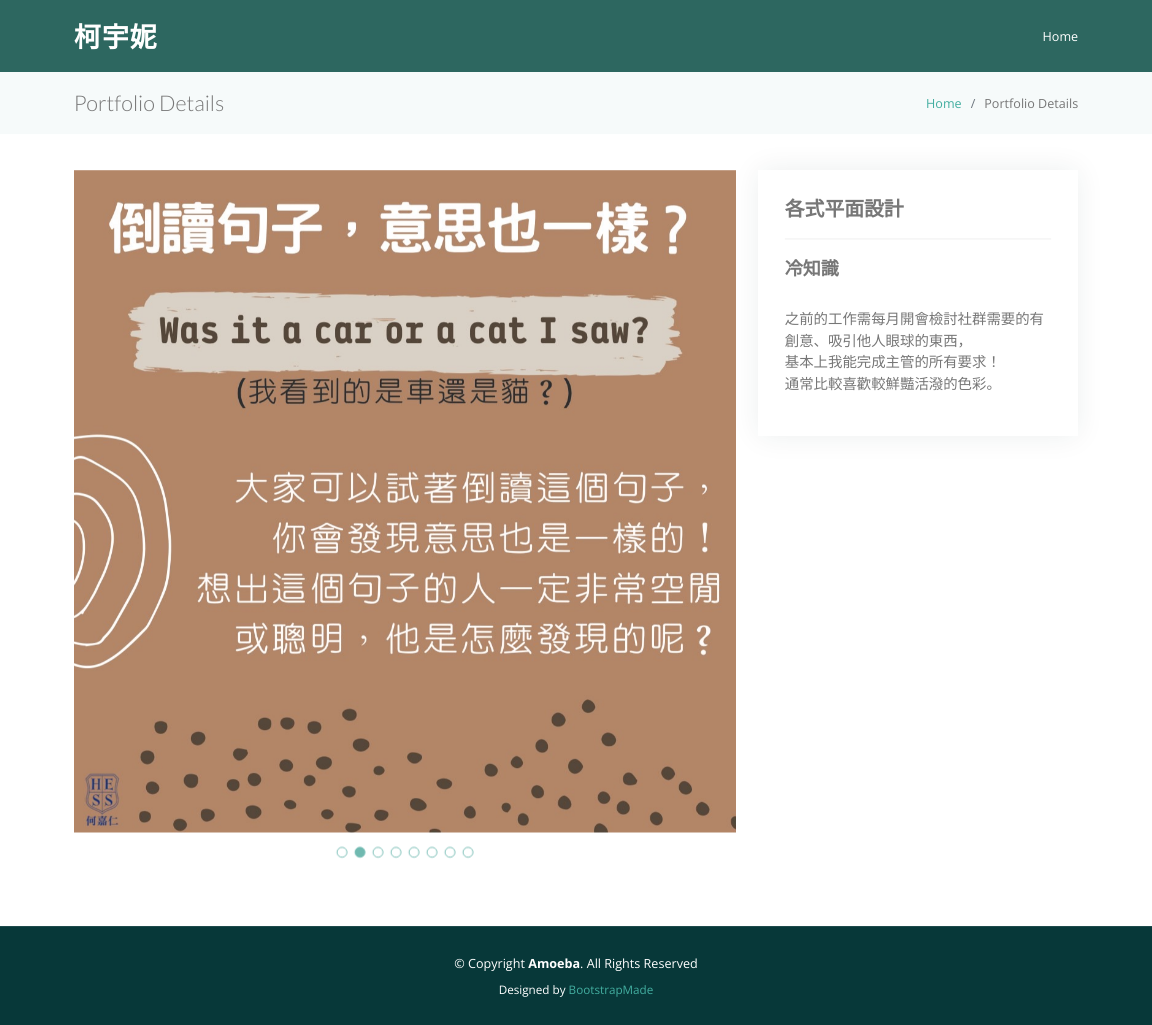
Repository: ajhddk/ajhddk.github.io
Page: portfolio-details-T.html
These files come from the project's save history. The page is drawn as it stood at one moment and after the next save; the edit follows.
The browser window is 1280 px wide. The pictures show the whole page, at 90% of full size.

Above is the page before, as saved 2022-07-17 22:36:57.

After the next save:
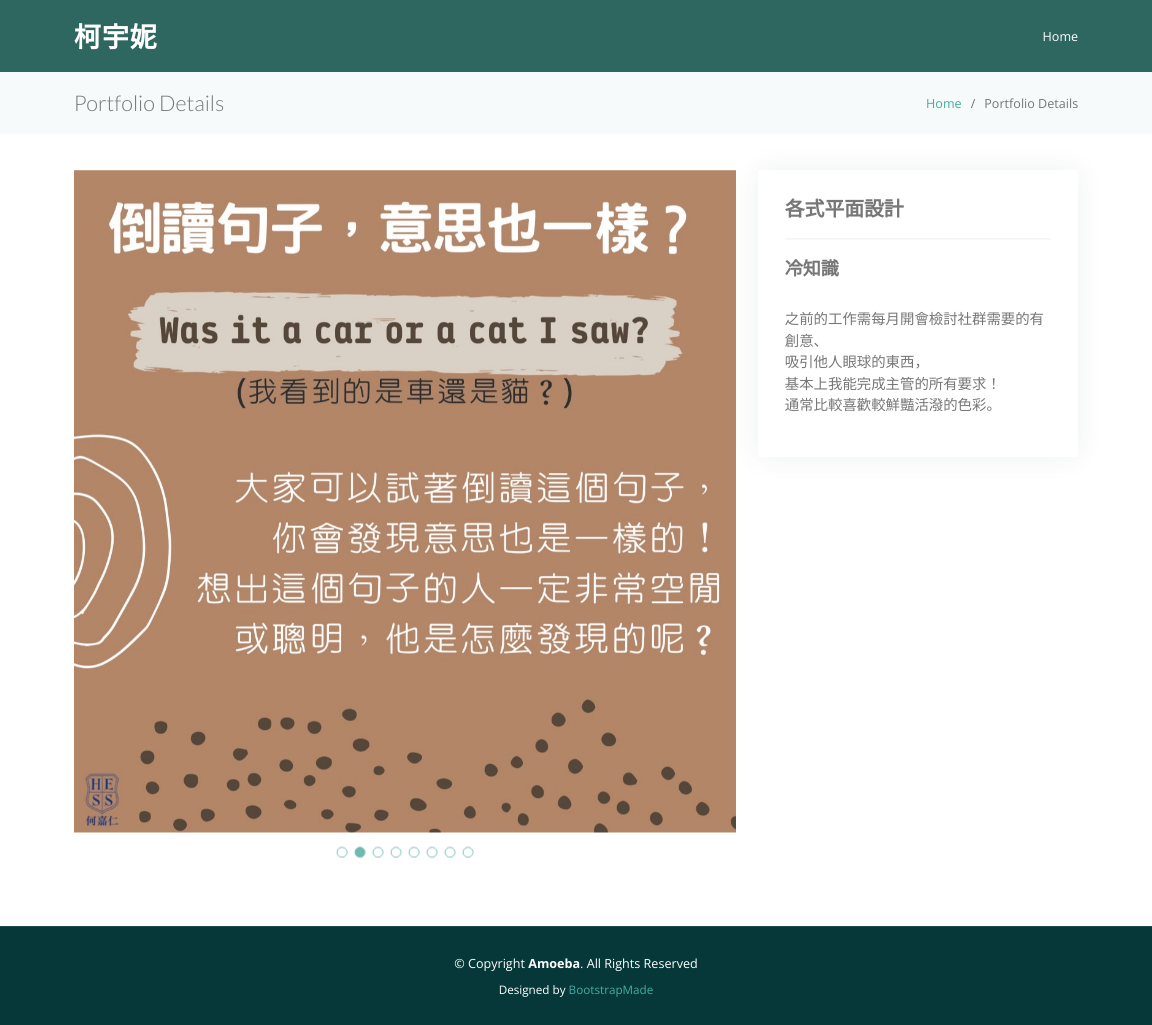
Saved 13 s later.
--- a/portfolio-details-T.html
+++ b/portfolio-details-T.html
@@ -130,7 +130,7 @@
 
               <h5><strong>冷知識</strong> </h5>
               <br>
-              <p>之前的工作需每月開會檢討社群需要的有創意、吸引他人眼球的東西，<br>基本上我能完成主管的所有要求！<br>通常比較喜歡較鮮豔活潑的色彩。</p>
+              <p>之前的工作需每月開會檢討社群需要的有創意、<br>吸引他人眼球的東西，<br>基本上我能完成主管的所有要求！<br>通常比較喜歡較鮮豔活潑的色彩。</p>
             </div>
 
           </div>
